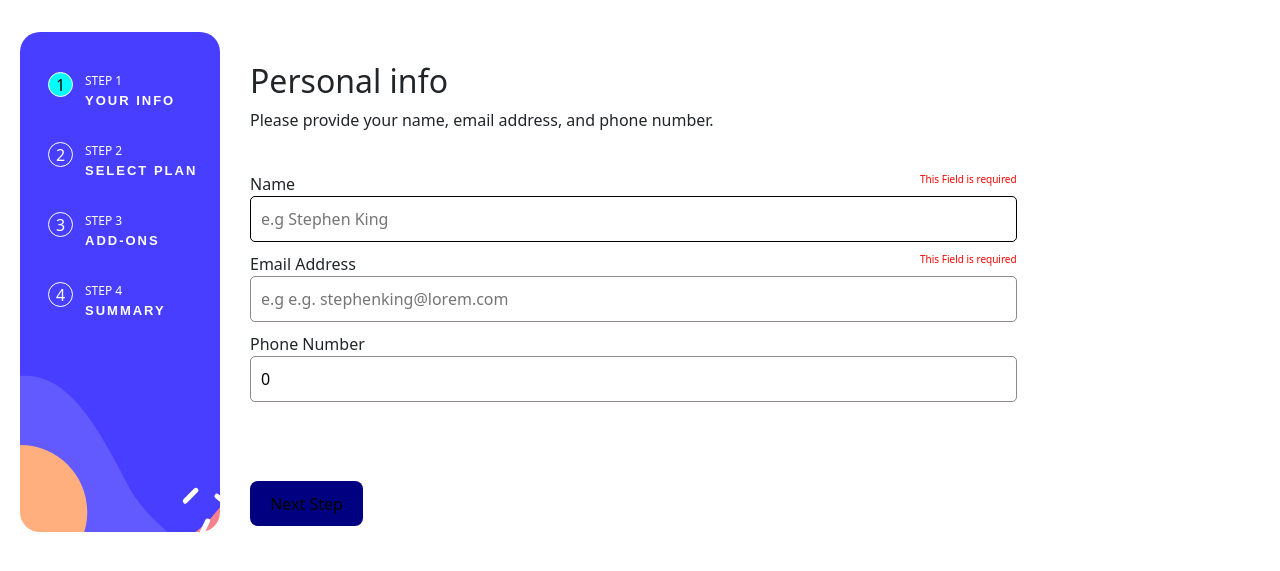
Repository: Celebration-cloud/Multi-Step-Form
Page: /
The author's editor kept a copy of each file at every save. The page is drawn from the files as they stood at one save, then again after the next save.
The browser window is 1280 px wide. The pictures show the whole page.
The project was rebuilt for these pictures with package versions that can differ from the ones it lists, and the page was loaded fresh each time. Also part of the build but not shown: vite.config.js, src/GoBack.jsx.

Above is the page before, as saved 2023-11-01 13:55:22.

### index.html
<!DOCTYPE html>
<html lang="en">
<head>
  <meta charset="UTF-8">
  <meta name="viewport" content="width=device-width, initial-scale=1.0"> <!-- displays site properly based on user's device -->

  <title>Multi-step form</title>
  <link href="https://cdn.jsdelivr.net/npm/bootstrap@5.0.2/dist/css/bootstrap.min.css" rel="stylesheet" integrity="sha384-EVSTQN3/azprG1Anm3QDgpJLIm9Nao0Yz1ztcQTwFspd3yD65VohhpuuCOmLASjC" crossorigin="anonymous">
  <!-- Feel free to remove these styles or customise in your own stylesheet 👍 -->
  <style>
    .attribution { font-size: 11px; text-align: center; }
    .attribution a { color: hsl(228, 45%, 44%); }
  </style>
</head>
<body>
  <div id="root"></div>
  <script src="https://cdn.jsdelivr.net/npm/@popperjs/core@2.9.2/dist/umd/popper.min.js" integrity="sha384-IQsoLXl5PILFhosVNubq5LC7Qb9DXgDA9i+tQ8Zj3iwWAwPtgFTxbJ8NT4GN1R8p" crossorigin="anonymous"></script>
  <script src="https://cdn.jsdelivr.net/npm/bootstrap@5.0.2/dist/js/bootstrap.min.js" integrity="sha384-cVKIPhGWiC2Al4u+LWgxfKTRIcfu0JTxR+EQDz/bgldoEyl4H0zUF0QKbrJ0EcQF" crossorigin="anonymous"></script>
  <script type="module" src="./src/main.jsx"></script>
</body>
</html>

### src/App.jsx
import { useState } from 'react'
import './App.css'
import "@fontsource/roboto/300.css";
import "@fontsource/roboto/400.css";
import "@fontsource/roboto/500.css";
import "@fontsource/roboto/700.css";
import Pagination from './Pagination/Pagination';
import Procedures from './Procedures/Procedures';
import { PersonalInfo, PickAddOns, SelectYourPlan } from "../src/Procedures/ProceduresList";


function App() {
  const [pages, setPages] = useState(1)
    const [pageDetail, setPageDetail] = useState([])

    const handleNext = () => {
        if(pages < 4)
        setPages(prev => prev + 1)
    }
    const handlePrev = () => {
        if(pages >= 1)
        setPages(prev => prev - 1)
    }
    const store = (slide1) => {
      setPageDetail(prev => [...prev, slide1])
    }
    const slide = [
      <>
        <PersonalInfo store={store}/>
      </>,
      <>
        <SelectYourPlan />
      </>,
      <>
        <PickAddOns />
      </>,
    ];

    const handleSubmit = (e) => {
      e.preventDefault();
      handleNext()
      console.log(pageDetail)
    };
  return (
    <div className="forming row">
      <div className="pagination col-md-2">
        <Pagination pages={pages} />
      </div>
      <div className="proceed col-sm-8">
        <Procedures
          handlePrev={handlePrev}
          handleSubmit={handleSubmit}
          slide={slide}
          pages={pages}
        />
      </div>
    </div>
  );
}

export default App

{/* <div>
     Sidebar start
    Step 1
  Your info

  Step 2
  Select plan

  Step 3
  Add-ons

  Step 4
  Summary

  Sidebar end

   Step 1 start

  Personal info
  Please provide your name, email address, and phone number.

  Name
  e.g. Stephen King

  Email Address
  e.g. stephenking@lorem.com

  Phone Number
  e.g. +1 234 567 890

  Next Step

  Step 1 end

   Step 2 start

  Select your plan
  You have the option of monthly or yearly billing.

  Arcade
  $9/mo

  Advanced
  $12/mo

  Pro
  $15/mo

  Monthly
  Yearly

  Go Back
  Next Step

  Step 2 end

   Step 3 start

  Pick add-ons
  Add-ons help enhance your gaming experience.

  Online service
  Access to multiplayer games
  +$1/mo

  Larger storage
  Extra 1TB of cloud save
  +$2/mo

  Customizable Profile
  Custom theme on your profile
  +$2/mo

  Go Back
  Next Step

   Step 3 end

  Step 4 start

  Finishing up
  Double-check everything looks OK before confirming.

   Dynamically add subscription and add-on selections here

  Total (per month/year)

  Go Back
  Confirm

   Step 4 end

  Step 5 start

  Thank you!

  Thanks for confirming your subscription! We hope you have fun
  using our platform. If you ever need support, please feel free
  to email us at support@loremgaming.com.

   Step 5 end
  </div> */}

### src/index.css
:root {
  font-family: Inter, system-ui, Avenir, Helvetica, Arial, sans-serif;
  line-height: 1.5;
  font-weight: 400;
  color-scheme: light dark;
  color: rgba(255, 255, 255, 0.87);
  background-color: #242424;

  font-synthesis: none;
  text-rendering: optimizeLegibility;
  -webkit-font-smoothing: antialiased;
  -moz-osx-font-smoothing: grayscale;
  -webkit-text-size-adjust: 100%;
}


a {
  font-weight: 500;
  color: #646cff;
  text-decoration: inherit;
}
a:hover {
  color: #535bf2;
}

body {
  margin: 0px;
  padding: 0px;
}

h1 {
  font-size: 3.2em;
  line-height: 1.1;
}

button {
  border-radius: 8px;
  border: 1px solid transparent;
  padding: 0.6em 1.2em;
  font-size: 1em;
  font-weight: 500;
  font-family: inherit;
  background-color: #1a1a1a;
  cursor: pointer;
  transition: border-color 0.25s;
}
button:hover {
  border-color: #646cff;
}
button:focus,
button:focus-visible {
  outline: 4px auto -webkit-focus-ring-color;
}

@media (prefers-color-scheme: light) {
  :root {
    color: #213547;
    background-color: #ffffff;
  }
  a:hover {
    color: #747bff;
  }
  button {
    background-color: #f9f9f9;
  }
}

### src/App.css
#root {
  padding: 2rem;
  height: 100vh;
}
.proceed{
  padding: 30px;
  height: 100%;
}

.pagination{
  width: 200px;
  height: 100%;
}
.forming{
  padding: 0px;
}
.row{
  --bs-gutter-x: 1.5rem;
}
@media (max-width: 770px) {
  #root{
    padding: 0rem;
    width: 100%;
  }
  .pagination{
    width: 100%;
  }
  .row{
    --bs-gutter-x: 0rem;
  }
}
.logo {
  height: 6em;
  padding: 1.5em;
  will-change: filter;
  transition: filter 300ms;
}
.logo:hover {
  filter: drop-shadow(0 0 2em #646cffaa);
}
.logo.react:hover {
  filter: drop-shadow(0 0 2em #61dafbaa);
}

@keyframes logo-spin {
  from {
    transform: rotate(0deg);
  }
  to {
    transform: rotate(360deg);
  }
}

@media (prefers-reduced-motion: no-preference) {
  a:nth-of-type(2) .logo {
    animation: logo-spin infinite 20s linear;
  }
}

.card {
  padding: 2em;
}

.read-the-docs {
  color: #888;
}

### src/Pagination/Pagination.jsx
/* eslint-disable react/prop-types */
import PaginationStep from "./PaginationStep";
import './Pagination.css'
function Pagination({pages}) {
  return (
    <>

      {PaginationStep?.map((item) => (
        <div className="pageStep row" key={item.id}>
          <div style={pages === item.number ? {backgroundColor: "aqua", color: "black"}: {}} className="pageNum col-1"><p>{item.number}</p></div>
          <div className="stepInfo col-9">
            <p className="steps" >STEP {item.step}</p>
            <p className="info">{item.info}</p>
          </div>
        </div>
      ))}
    </>
  );
}

export default Pagination;

### src/Procedures/Procedures.jsx
/* eslint-disable react/prop-types */
import { useState } from 'react';
import GoBack from '../GoBack';
import Submit from '../Submit';
function Procedures({handlePrev, handleSubmit, slide, pages}) {
  return (
    <form onSubmit={handleSubmit} className='forms'>
      {slide[pages - 1]}
      <div className="submitStyle">
        {pages > 1 && <GoBack handlePrev={handlePrev}/>}
        <Submit handleSubmit={handleSubmit}/>
      </div>
    </form>
  );
}

export default Procedures

### src/Procedures/ProceduresList.jsx
/* eslint-disable react/prop-types */
import './Procedures.css'
import selectPlan from './SelectPlan';
import ToggleButton from "@mui/material/ToggleButton";
import ToggleButtonGroup from "@mui/material/ToggleButtonGroup";
import { useState } from 'react';
function PersonalInfo({store}) {
  const [personalData, setPersonalData] = useState({
    name: "",
    email: "",
    phoneNumber: Number(),
  })
  const handlePersonalInfo = (e) => {
    const {name, value} = e.target
    setPersonalData(prev => {return {...prev, [name]: value}})
  }
  const handleSubmit = (e) => {
    e.preventDefault()
    const formData = {
      name: personalData.name,
      email: personalData.email,
      number: Number(personalData.phoneNumber)
    }
    store(formData)
  }
  return (
    <div className="mobileTab">
      <h2 className="personalInfo">Personal info</h2>
      <p className="formDit">
        Please provide your name, email address, and phone number.
      </p>
      <br />
      <form onSubmit={handleSubmit}>
          <span
        style={{
          display: "flex",
          flexDirection: "row",
          justifyContent: "space-between",
        }}
      >

        <label className="inputs" htmlFor="name">
          Name
        </label>
        {personalData.name.length < 1 && (
          <span style={{ color: "red", fontSize: 10 }}>
            This Field is required
          </span>
        )}
      </span>
      <input
        style={onfocus ? personalData.name.length < 1 ? { border: "1px solid red" } : {} : { border: "1px solid "}}
        className="formInfo"
        id="name"
        name="name"
        value={personalData.name}
        onChange={handlePersonalInfo}
        required
        type="text"
        placeholder="e.g Stephen King"
      />
      <br />
      <span
        style={{
          display: "flex",
          flexDirection: "row",
          justifyContent: "space-between",
        }}
      >
        <label className="inputs" htmlFor="email">
          Email Address
        </label>
        {personalData.email.length < 1 && (
          <span style={{ color: "red", fontSize: 10 }}>
            This Field is required
          </span>
        )}
      </span>
      <input
        className="formInfo"
        id="email"
        name="email"
        type="email"
        value={personalData.email}
        onChange={handlePersonalInfo}
        required
        placeholder="e.g e.g. stephenking@lorem.com"
      />
      <br />
      <span
        style={{
          display: "flex",
          flexDirection: "row",
          justifyContent: "space-between",
        }}
      >
        <label className="inputs" htmlFor="phoneNumber">
          Phone Number
        </label>
        {personalData.phoneNumber.length < 1 && (
          <span style={{ color: "red", fontSize: 10 }}>
            This Field is required
          </span>
        )}
      </span>
      <input
        className="formInfo"
        id="phoneNumber"
        name="phoneNumber"
        value={personalData.phoneNumber}
        onChange={handlePersonalInfo}
        type="tel"
        required
        placeholder="e.g +1 234 567 890"
        maxLength={11}
      />
      </form>

      <br />
    </div>
  );
}
function SelectYourPlan() {

  const [alignment, setAlignment] = useState("web");

  const handleChange = (event, newAlignment) => {
    setAlignment(newAlignment);
  };
    return (
      <div className='mobileTab'>
        <h2 className="planTitle">Select Your Plan</h2>
        <p className="formDit">
          You have the option of monthly or yearly billing.
        </p>
        {selectPlan.map((item) => (
          <ToggleButtonGroup
            className="planGap"
            key={item.id}
            color="primary"
            value={alignment}
            exclusive
            onChange={handleChange}
            aria-label="Platform"
          >
            <ToggleButton className="selectingPlan" value={item.title}>
              <div className="selectPlan">
                <img src={item.img} width="50px" alt="" />
                <div>
                  <h6>{item.title}</h6>
                  <span>
                    ${item.monthPrice}/{item.month}
                  </span>
                </div>
              </div>
            </ToggleButton>
          </ToggleButtonGroup>
        ))}
        <div className='monYr'>
          <span>Monthly</span>
          <label className="switch">
            <input type="checkbox" />
            <span className="slider"></span>
          </label>
          <span>Yearly</span>
        </div>
      </div>
    );
}
function PickAddOns() {
    return (
      <div className="mobileTab">
        <h2 className="planTitle">Pick add-ons</h2>
        <p className="formDit">Add-ons help enhance your gaming experience.</p>
      </div>
    );
}

export {PersonalInfo, SelectYourPlan, PickAddOns};

### src/Pagination/PaginationStep.jsx
import {v4 as uuid} from 'uuid'
const PaginationStep = [
  {
    id: uuid(),
    number: 1,
    step: 1,
    info: "YOUR INFO",
  },
  {
    id: uuid(),
    number: 2,
    step: 2,
    info: "SELECT PLAN",
  },
  {
    id: uuid(),
    number: 3,
    step: 3,
    info: "ADD-ONS",
  },
  {
    id: uuid(),
    number: 4,
    step: 4,
    info: "SUMMARY",
  },
];
export default PaginationStep

### src/Pagination/Pagination.css
.pagination{
    background-image: url(../../assets/images/bg-sidebar-desktop.svg);
    background-repeat: no-repeat;
    height: 500px;
    object-fit: contain;
    image-rendering: pixelated;
    display: flex;
    flex-direction: column;
    border-radius: 20px;
    padding: 40px;
    color: white;
}
@media (max-width: 770px) {
    .pagination{
        background-image: url(../../assets/images/bg-sidebar-mobile.svg);
        background-size: cover;
        flex-direction: row;
        height: 100%;
        justify-content: center;
        gap: 20px;
        border-radius: 0px;
    }
    .steps{
        display: none;
    }
    .info{
        display: none;
    }
}
.pageStep{
    margin-bottom: 20px;
}
.pageNum{
    width: 25px;
    height: 25px;
    padding: 0;
    margin: 0;
    border: 1px solid white;
    border-radius: 100%;
}
.pageNum p{
    text-align: center;
}
.stepInfo{
    display: flex;
    flex-direction: column;
    height: 50px;
}
.steps{
    font-weight: 100;
    font-size: 12px;
}
.info{
    font-family: 'Arial';
    font-size: small;
    font-weight: 700;
    letter-spacing: 2px;
    width: 150px;
    margin-top: -15px;
}

### src/Submit.jsx
/* eslint-disable react/prop-types */

function Submit({handleSubmit}) {
  return (
    <>
      <button onChange={handleSubmit} className="formBtn">Next Step</button>
    </>
  );
}

export default Submit

### src/Procedures/Procedures.css
.formInfo{
    width: 100%;
    background-color: transparent;
    border: 1.5px solid rgb(141, 135, 135);
    border-radius: 5px;
    padding: 10px;
    margin-bottom: 10px;
    color: black;
}

.formBtn{
    background-color: navy;
}
.submitStyle{
    display: flex;
    flex-direction: row;
    justify-content: space-between;
    height: 90px;
}
.backBtn{
    align-self: flex-end;
    background-color: transparent;
    color: black;
}
.backBtn:hover{
    color: navy;
}
.submitStyle .formBtn{
    align-self: flex-end;
}
.selectingPlan{
    width: 100%;
    height: 100%;
}
.planGap{
    margin: 5px;
    border-radius: 20px;
}
.selectPlan{
    text-align: left;
    width: 150px;
    height: 150px;
}
.selectPlan img{
    margin-bottom: 40px;
}
.switch {
 --button-width: 2.3em;
 --button-height: 1.3em;
 --toggle-diameter: 0.8em;
 --button-toggle-offset: calc((var(--button-height) - var(--toggle-diameter)) / 2);
 --toggle-shadow-offset: 10px;
 --toggle-wider: 3em;
 --color-grey: black;
 --color-green: black;
}

.slider {
    text-align: left;
 display: inline-block;
 width: var(--button-width);
 height: var(--button-height);
 background-color: var(--color-grey);
 border-radius: calc(var(--button-height) / 2);
 position: relative;
 transition: 0.3s all ease-in-out;
}

.slider::after {
 content: "";
 display: inline-block;
 width: var(--toggle-diameter);
 height: var(--toggle-diameter);
 background-color: #fff;
 border-radius: calc(var(--toggle-diameter) / 2);
 position: absolute;
 top: var(--button-toggle-offset);
 transform: translateX(var(--button-toggle-offset));
 box-shadow: var(--toggle-shadow-offset) 0 calc(var(--toggle-shadow-offset) * 4) rgba(0, 0, 0, 0.1);
 transition: 0.3s all ease-in-out;
}

.switch input[type="checkbox"]:checked + .slider {
 background-color: var(--color-green);
}

.switch input[type="checkbox"]:checked + .slider::after {
 transform: translateX(calc(var(--button-width) - var(--toggle-diameter) - var(--button-toggle-offset)));
 box-shadow: calc(var(--toggle-shadow-offset) * -1) 0 calc(var(--toggle-shadow-offset) * 4) rgba(0, 0, 0, 0.1);
}

.switch input[type="checkbox"] {
 display: none;
}

.switch input[type="checkbox"]:active + .slider::after {
 width: var(--toggle-wider);
}

.switch input[type="checkbox"]:checked:active + .slider::after {
 transform: translateX(calc(var(--button-width) - var(--toggle-wider) - var(--button-toggle-offset)));
}
.monYr{
    width: 100%;
    height: 70px;
    text-align: center;
    margin-top: 20px;
    margin-bottom: -10px;
    background-color: aliceblue;
    font-size: larger;
    font-family: 'Lucida Sans', 'Lucida Sans Regular', 'Lucida Grande', 'Lucida Sans Unicode', Geneva, Verdana, sans-serif;
    color: rgb(152, 166, 166);
    padding: 20px;
    display: flex;
    justify-content: center;
    gap: 15px;
}
@media (max-width: 903px) {
    .selectPlan{
        width: 100%;
    }
}
@media (max-width: 770px) {
    .mobileTab{
        margin: 10px;
        margin-top: -70px;
        background-color: #fff;
        border-radius: 10px;
        box-shadow: 5px;
        padding: 20px;
        margin-bottom: 50px;
    }
    .proceed{
        background-color: aliceblue;
        padding: 10px;
        width: 100vw;
        height: 100%;
        display: flex;
        flex-direction: column;
        justify-content: ;
    }
    .submitStyle{
        margin-top: 10px;
        background-color: white;
        height: 70px;
        padding: 15px;
        width: 100%;
        margin-left: -10px;
        position: absolute;
    }
    .selectPlan{
        width: 150px;
    }

}
@media (max-width: 480px) {
    .selectPlan{
        display: flex;
        height: 50px;
        gap: 10px;
        width: 65vw;
    }
    .selectPlan img{
    margin-bottom: 0px;
}
.monYr{
    border-radius: 10px;
    font-size: large;
}
}

### src/Procedures/SelectPlan.jsx
import Arcade from '../../assets/images/icon-arcade.svg'
import Advanced from '../../assets/images/icon-advanced.svg'
import Pro from '../../assets/images/icon-pro.svg'
import {v4 as uuid} from 'uuid'
const selectPlan = [
    {
      id: uuid(),
      img: Arcade,
      title: "Arcade",
      monthPrice: 9,
      yearPrice: 90,
      month: "mo",
      year: "yr"
    },
    {
      id: uuid(),
      img: Advanced,
      title: "Advanced",
      monthPrice: 12,
      yearPrice: 120,
      month: "mo",
      year: "yr"
    },
    {
      id: uuid(),
      img: Pro,
      title: "Pro",
      monthPrice: 15,
      yearPrice: 150,
      month: "mo",
      year: "yr"
    },
  ]

  export default selectPlan;

Loaded but not shown: src/main.jsx (common file)

After the next save:
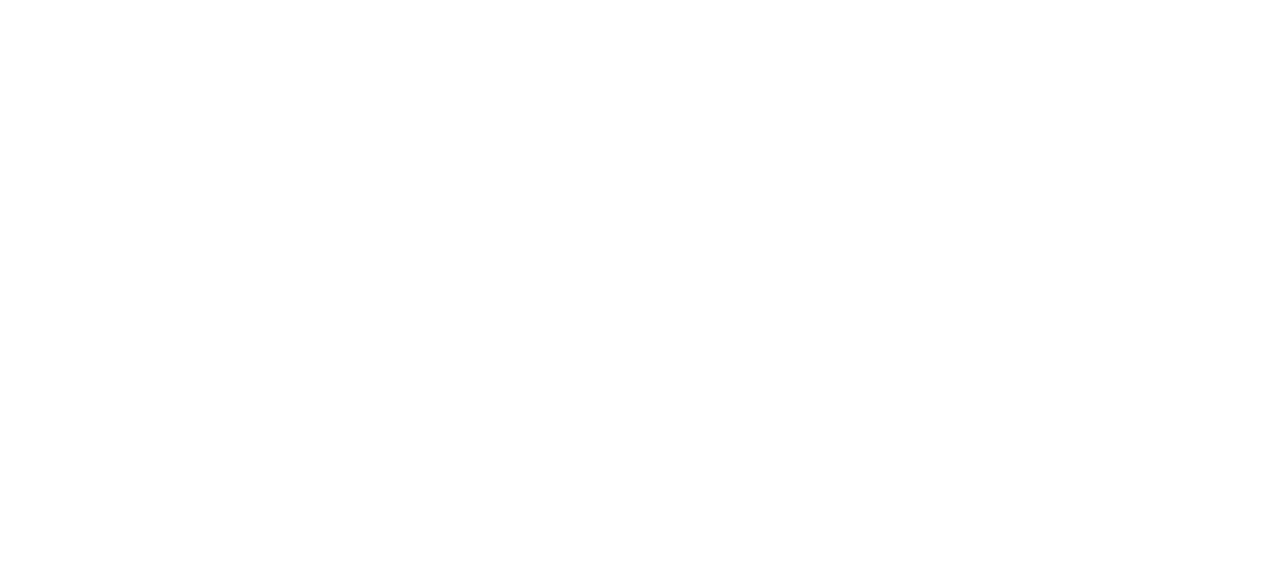
Console error: ReferenceError: handleSubmit is not defined
Saved 85 s later.
--- a/src/Procedures/ProceduresList.jsx
+++ b/src/Procedures/ProceduresList.jsx
@@ -13,15 +13,13 @@
   const handlePersonalInfo = (e) => {
     const {name, value} = e.target
     setPersonalData(prev => {return {...prev, [name]: value}})
-  }
-  const handleSubmit = (e) => {
-    e.preventDefault()
     const formData = {
       name: personalData.name,
       email: personalData.email,
       number: Number(personalData.phoneNumber)
     }
     store(formData)
+
   }
   return (
     <div className="mobileTab">

After the save that followed:
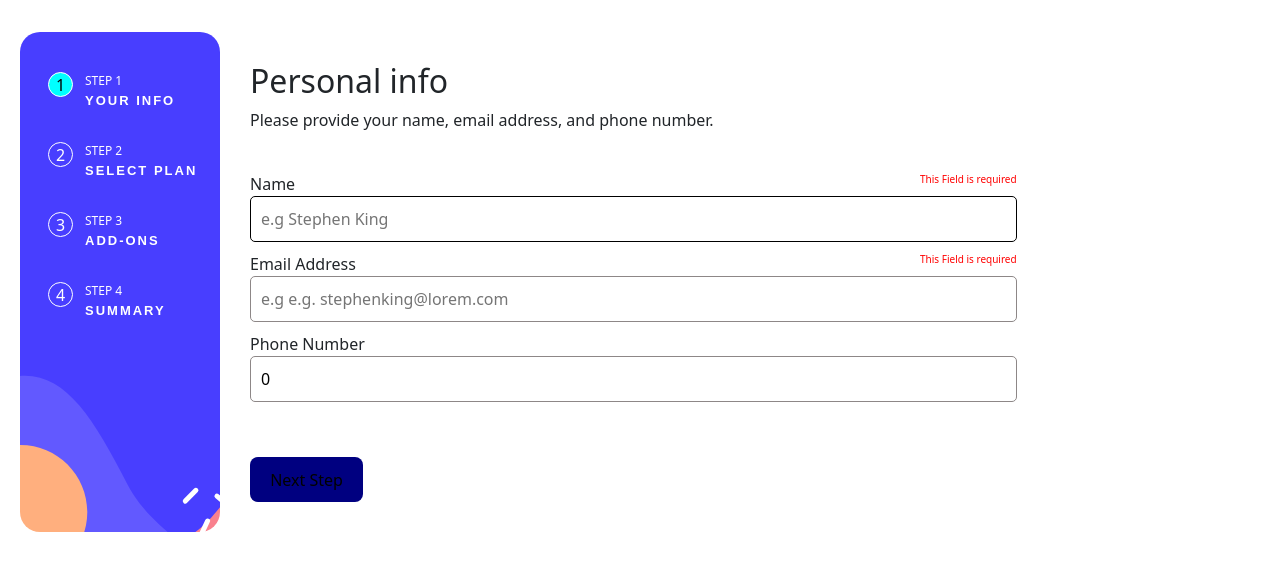
The error is gone.
Saved 4 s later.
--- a/src/Procedures/ProceduresList.jsx
+++ b/src/Procedures/ProceduresList.jsx
@@ -28,8 +28,10 @@
         Please provide your name, email address, and phone number.
       </p>
       <br />
-      <form onSubmit={handleSubmit}>
-          <span
+      <form>
+
+        </form>
+      <span
         style={{
           display: "flex",
           flexDirection: "row",
@@ -112,8 +114,6 @@
         placeholder="e.g +1 234 567 890"
         maxLength={11}
       />
-      </form>
-
       <br />
     </div>
   );
